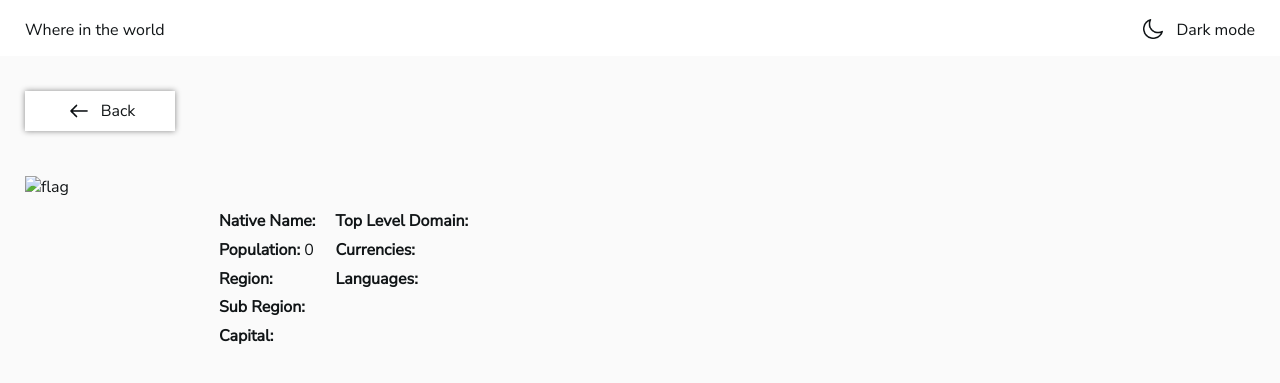
Repository: faithandjs/rest-countries-api
Page: /details
The author's editor kept a copy of each file at every save. The page is drawn from the files as they stood at one save, then again after a run of saves.
The browser window is 1280 px wide. The pictures show the whole page.
The page's requests for data from a server got no answer. The project was rebuilt for these pictures with package versions that can differ from the ones it lists, and the page was loaded fresh each time. No one was signed in, and anything a server would have sent is missing. Also part of the build but not shown: src/components/home.tsx.

Above is the page before, as saved 2022-04-16 15:55:56.

### src/App.tsx
import React, {useContext} from 'react';
import Home from './components/home';
import Details from './components/details';
import Nav from './components/nav';
import { Routes, Route } from "react-router-dom"
import Parent, {Wrapper} from './components/parent'

function App() {
  return (
    <div className='app light' style={{height: '100%', width: '100%'}}>
      <Parent>
        <Nav/>
        <Routes >
          <Route path='/' element={<Home/>}/>
          <Route path='details' element={<Details/>}/>
        </Routes>
      </Parent>
    </div>
  );
}

export default App;

### src/components/details.tsx
import React, {useContext} from 'react';
import { useEffect } from 'react';
import { useState } from 'react';
import { Link } from "react-router-dom";
import {Wrapper} from './parent';
import {arrItem, contextType, detailsType} from './type'

//create state that is part of the redux ish that can be updated on click to
//1. change light and dark icons
//3. set paths and alt texts
function Details() {
    const {data, details, currentIcons, settingDetails } = useContext(Wrapper) as contextType
    const [lang, setLang] = useState<any[]>([])

    useEffect(
        ()=>{
            let arr:any[] = []
                Object.entries(details.languages).forEach(([key, value], index) => {
                arr.push(value)
        })
            setLang(arr)
        }, [details]
    )
    const borderClick = (testName:string) => {
        data.map((item )=> {
            if (item.name.common === testName){
                settingDetails(item)
            }
        })
    }
    const borderCheck = () => {
        if (details.borders.length === 0 || details.borders === undefined){
            return null
        }else{
            return(
            <div className='border'>
                <span className='border-title'>border countries: </span>
                <div className='borders'>
                    {details.borders.map((item, index) => {

                    return <span onClick={() => borderClick(item) }>{item }</span>
                        })}
                </div>
            </div>)
        }
    }
    return (
        <div className='details '>
            <Link to='/'><div className='back'><img src={currentIcons.arrow} alt='left arrow, back icon'/> <span>Back</span></div></Link>
            <div className='content '>
                <div className='flag'><img src={details.flag} alt='flag'/></div>
                <div className='moreContent'>
                    <div className='name'>{details.name} </div>
                    <div className='lists'>
                        <ul>
                            <li><span>Native name: </span>{details.nativeName}</li>
                            <li><span>Population: </span>{details.population}</li>
                            <li><span>region: </span>{details.region}</li>
                            <li><span>sub region: </span>{details.subRegion}</li>
                            <li><span>capital: </span>{details.capital}</li>
                        </ul>
                        <ul>
                            <li><span>top level domain: </span>{details.tld}</li>
                            <li><span>currencies: </span>{details.currencies.map((item, index) => {
                                    if(index === 0){
                                        return `${item}`
                                    }else{
                                        return `, ${item}`
                                    }
                                })}</li>
                            <li><span>languages: </span>
                                {lang.map((item, index) => {
                                    if(index === 0){
                                        return `${item}`
                                    }else{
                                        return `, ${item}`
                                    }
                                })}
                            </li>

                        </ul>
                    </div>
                    {borderCheck()}
                </div>
            </div>
        </div>
    );
}

export default Details;

### src/components/nav.tsx
import React, {useContext} from 'react';
import {Wrapper} from './parent';
import {contextType, currentIconsType} from './type'

function Nav() {
    const { currentIcons, changeClasses } = useContext(Wrapper) as contextType
//console.log(currentIcons)
    return (
        <div className='navbar'>
            <div>Where in the world</div>
            <div onClick={() => changeClasses()} className='mode-box'>
                <img src={currentIcons.src} alt='mode icon' />
                <span>Dark mode</span>
            </div>
        </div>
    );
}

export default Nav;

### src/components/parent.tsx
import React, { createContext, useRef, useState, useEffect, useMemo, Props, ClassAttributes } from 'react';
import arrowWhite from './images/next.png'
import arrowBlack from './images/next (1).png'
import mode from './images/sleep-mode (1).png'
import modeFill from './images/sleep-mode (2).png'
import {arrItem, contextType, detailsType, items, currentIconsType} from './type'

export const Wrapper = createContext<contextType | null>(null)
const { Provider } = Wrapper
const Parent: React.FC<React.ReactNode> =({children}) => {
    const axios = require('axios').default;
    const [data, setData] = useState<arrItem[]>([])
    const modeIcons = {
        dark: {
            mode: modeFill,
            arrow: arrowWhite,
            text: 'Dark Mode'
        },
        light: {
            mode: mode,
            arrow: arrowBlack,
            text: 'Light Mode'
        }
    }
    const [details, setDetails] = useState<detailsType>(
        {
        flag: '',
        name: '',
        nativeName: '',
        population: 0,
        region: '',
        subRegion: '',
        capital: [],
        tld: [],
        currencies: [],
        languages: {},
        borders: []
    })

    const getLSD = localStorage.getItem('countries-data-details')
    const getLS = localStorage.getItem('countries-data')
    const passed = useRef<boolean>(false)
    const passed1 = useRef<boolean>(false)
    const native = useRef<string>('')
    const currency = useRef<string[]>([])
    const [currentIcons, setCurrentIcons] = useState<currentIconsType>({
        src: modeIcons.light.mode,
        arrow: modeIcons.light.arrow,
        text:  modeIcons.light.text
    })
    const changeClasses = () => {
        const box = document.querySelector('.app')?.classList
        if(document.querySelector('.light')){
             box?.add('dark')
             box?.remove('light')
             setCurrentIcons({
                src: modeIcons.dark.mode,
                arrow: modeIcons.dark.arrow,
                text:  modeIcons.dark.text
             })
        }else if(document.querySelector('.dark' )){
            setCurrentIcons({
                src: modeIcons.light.mode,
                arrow: modeIcons.light.arrow,
                text:  modeIcons.light.text
             })
            box?.add('light')
            box?.remove('dark')
        }
     }
    const settingDetails = (obj:arrItem) => {
        data.map((item, index) => {
            if (item.name.common === obj.name.common){
            const active = data[index]
            const nativeNames = active.name.nativeName;
            Object.entries(nativeNames).forEach(([key, value], index) => {
                if (index === (Object.keys(nativeNames).length - 1)){
                    native.current = value.common
                }
              });
            let arr:string[] = []
            Object.entries(active.currencies).forEach(([key, value], index) => {
                arr.push(value.name)
            });
            let arr2:string[] = []
            if (active.borders){
                active.borders.map(item => {
                    let item1 = item
                    data.map(item => {
                        if (item.cca3 === item1){
                            arr2.push(item.name.common)
                        }
                    })
                })
            }
            setDetails({
                flag: active.flags.svg,
                name: active.name.common,
                nativeName: native.current,
                population: active.population,
                region: active.region,
                subRegion: active.subregion,
                capital: active.capital,
                tld: active.tld,
                currencies: arr,
                languages: active.languages,
                borders: arr2
            })
            }
        })

    }

    useEffect(
        () => {
            if(!passed.current){
                console.log(passed, 'lsd')
                if(  getLSD   ){
                    console.log(getLSD,JSON.parse(getLSD!).name !== '')
                    if(JSON.parse(getLSD!).name !== ''){
                        setDetails(JSON.parse(getLSD!))
                        console.log('here')
                    }
                }
            }
        },[]
    )
    useEffect(
        () => {
            if(passed.current){localStorage.setItem('countries-data-details', JSON.stringify(details))}
        }
    , [details])
    useEffect(
        () => {
            if(!passed.current){

            console.log(passed, 'ls')
                if( getLS === 'undefined' || getLS === null || getLS === '[]'){
                axios.get('https://restcountries.com/v3.1/all')
                .then(function (response:any) {
                    setData(response.data)
                })
                .catch(function (error:any) {
                    console.log(error);
                  })
                }else{
                    setData(JSON.parse(getLS))
                }
                passed.current = true;
            }
        }
            ,[])
    const value:contextType = useMemo(
        () => ({data, details, currentIcons, changeClasses, settingDetails})
        , [data, details, currentIcons, changeClasses, settingDetails]
    )
    return (
        <Provider value={value}>
           {children}
        </Provider>
    );
}
export default Parent;

### src/components/style/style.scss
@import url('https://fonts.googleapis.com/css2?family=Nunito+Sans&display=swap');
$DarkBlue: hsl(209, 23%, 22%); // (Dark Mode Elements)
$VeryDarkBlue: hsl(207, 26%, 17%); //(Dark Mode Background)
$VeryDark: hsl(200, 15%, 8%); //(Light Mode Text)
$DarkGray: hsl(0, 0%, 52%); //(Light Mode Input)
$VeryLightGray: hsl(0, 0%, 98%); // (Light Mode Background)
$White: hsl(0, 0%, 100%); //(Dark Mode Text & Light Mode Elements)
$shadow: 0px 0px 1px 0.2px ;
@mixin theme ($bg, $element, $text, $shadowColor) {
    //body{
    background: $bg;
    color: $text;
    //background: linear-gradient(45deg, $bg, $bg) repeat fixed center;
    //}

    .navbar{
        background-color: $element;
    }
    a:-webkit-any-link{
        color: $text;
    }
    .details{
        .borders span, .back{
            background-color: $element;
        }
        .borders span{
            box-shadow: 0px 0px 3px 0.1px $shadowColor;
        }
        .back{
            box-shadow: 0px 0px 6px 0.2px $shadowColor;
        }
    }
    .home{
        form{
            div{
                box-shadow: $shadow $shadowColor;
                input{
                    background-color: $element;
                    color: $text;
                }
                background-color: $element;
            }
            select{
                box-shadow: $shadow $shadowColor;
                background-color: $element;
                color: $text;
            }
        }
        .all-flags{
            .a-flag{
                background-color: $element;
                box-shadow: $shadow $shadowColor;
            }
        }
    }

}
.dark{
    @include theme($VeryDarkBlue, $DarkBlue , $White, $VeryDark)
}
.light{
    @include theme($VeryLightGray, $White , $VeryDark, $DarkGray )
}
.app{
    font-family: 'Nunito Sans', sans-serif;
    position: fixed;
    overflow: auto;
}
.navbar{
    display: flex;
    justify-content: space-between;
    padding: 15px 25px;
    align-items: baseline;
    /*position: fixed;
    top: 0;
    left: 0;*/
    img{
        width: 20px;
        padding: 0 13px 0 1px ;
        position: relative;
        top: 4px;
    }
    //color at the bottom?
    //also this part is diffrent from background
}
.details {
    padding: 0 25px 25px;
    font-weight: 300;
    .back{
        width: 150px;
        height: 40px;
        margin: 35px 0 45px 0;
        text-align: center;
        display: flex;
        justify-content: center;
        align-items: center;
        img{
            transform: rotate(180deg) scale(0.15);
        }
        span{
            position: relative;
            left: -50px;
        }
        img, span{
            padding: 0 4px;
        }
    }
    .content{
        .flag{
            img{
                width: 500px;
                padding-right: 150px;
            }
        }
        display: flex;
        //align-items: baseline;
        .moreContent{
            ul span, .border-title{
                font-weight: 600;
                text-transform: capitalize;
            }
            .name{
                font-weight: 800;
                font-size: 30px;
            }
            .lists{
                display: flex;
                justify-content: space-between;
                line-height: 1.8;
                padding: 15px 0 45px;
                ul{
                    list-style-type: none;
                    padding-inline-start: 0;
                    padding-right: 20px;
                }
            }
            .border{
                display: flex;
                align-items: baseline;
                border: 0;
                .border-title{
                    white-space: nowrap;
                }
                .borders{
                    display: flex;
                    flex-wrap: wrap;
                    span{
                        min-width: 100px;
                        margin: 0 10px 15px;
                        padding: 7px 12px;
                        text-align: center;
                    }
                }
            }
        }
    }
}
/*.details, .content, .moreContent, .border{
    width: 100%;
}*/
a:-webkit-any-link {
    text-decoration: none;
}
.mode-box:hover, select:hover, .border div:hover{
    cursor: pointer;
 }
.home{
    form{
        display: flex;
        justify-content: space-between;
        padding: 35px 25px 45px;
        input, select{
            outline: 0;
        }
        div{
            width: 300px;
            padding: 15px 7px;
            display: flex;
            border-radius: 4px;
            img{
                width: 17px;
                padding: 0 10px;
            }
            input{
                border: 0;
            }
        }
        select{
            border-radius: 4px;
            width: 130px;
            border: 0;
            padding: 15px 7px;
        }
    }
        margin: 0 25px;
    .all-flags{
        display: flex;
        flex-wrap: wrap;
        justify-content: space-around;
        .a-flag{
            margin: 0 15px 35px;
            //padding: 10px;
            width: 280px;
            height: 330px;
            border-radius: 7px;
            .flag-box{
                height: 170px;
                width: 100%;
                img{
                    width: -webkit-fill-available;
                    height: 100%;
                    object-fit: fill;
                    border-top-left-radius: 7px;
                    border-top-right-radius: 7px;
                }
            }
            .text{
                padding: 0 6px;
                span{
                    text-transform: capitalize;
                    font-weight: bold;
                }
            }
        }
    }//0px 0px 4px 0.3px hsl(200deg 15% 8%) box shadow
}

Loaded but not shown: src/index.tsx (common file); src/index.css (common file); src/reportWebVitals.ts (common file)

After the next 2 saves:
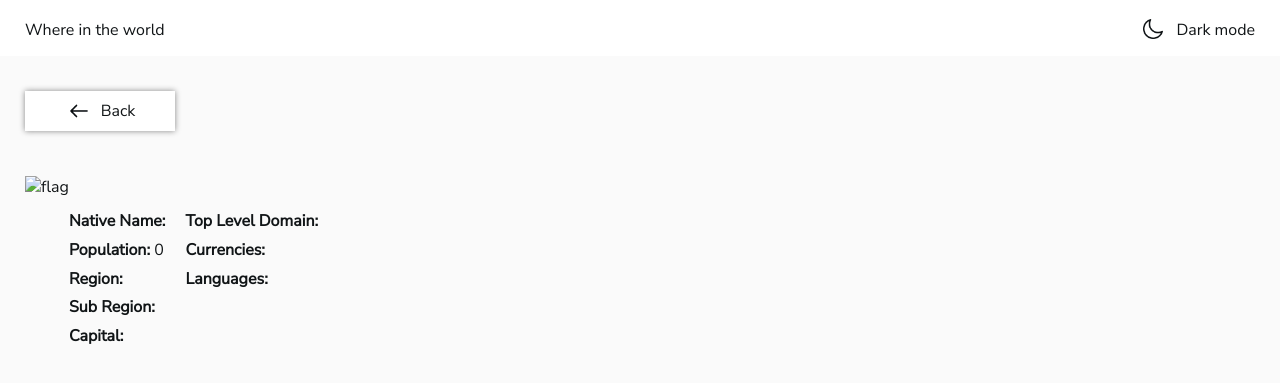
The 2 saves are shown as one change because they came seconds apart.
The last was saved 18 s later.
--- a/src/components/style/style.scss
+++ b/src/components/style/style.scss
@@ -106,14 +106,14 @@ $shadow: 0px 0px 1px 0.2px ;
         }
     }
     .content{
+        display: flex;
+        //align-items: baseline;
         .flag{
             img{
                 width: 500px;
-                padding-right: 150px;
-            }
-        }
-        display: flex;
-        //align-items: baseline;
+                padding-right:0;
+            }
+        }
         .moreContent{
             ul span, .border-title{
                 font-weight: 600;
